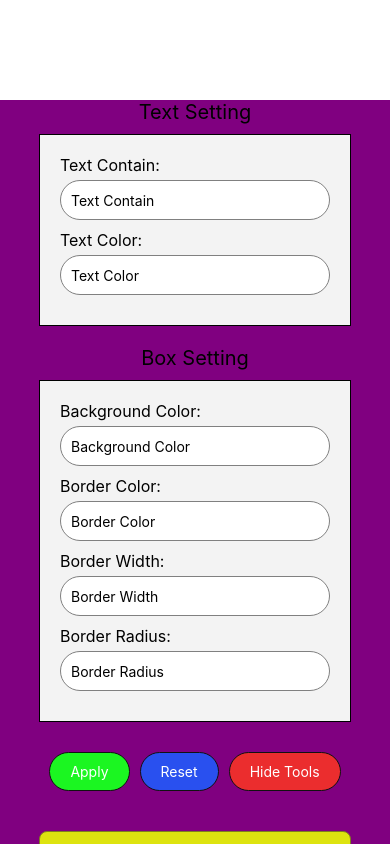
Repository: amirjavadikia/mobile-projectg
Screen: /
The author's editor kept a copy of each file at every save. The screen is drawn from the files as they stood at one save, then again after a run of saves.
An inner scrolling area shows only its first screen. The app was drawn by React Native's web renderer in a window 390 px wide. The project was rebuilt for these pictures with package versions that can differ from the ones it lists, and the page was loaded fresh each time.

Above is the screen before, as saved 2024-05-15 13:33:54.

After the next 4 saves:
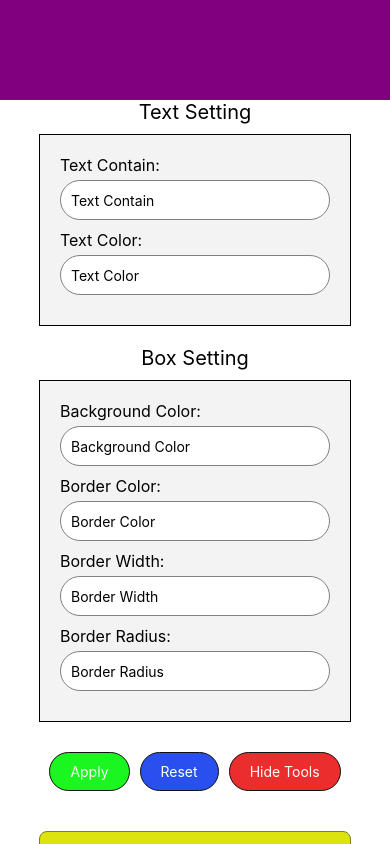
The 4 saves are shown as one change because they came seconds apart.
The last was saved 20 s later.
--- a/App.tsx
+++ b/App.tsx
@@ -249,13 +249,14 @@ const App = () => {
 const styles = StyleSheet.create({
   scrollViewContent: {
     flexGrow: 1,
+    backgroundColor: "purple"
   },
   container: {
     flex: 1,
     alignItems: 'center',
     justifyContent: 'center',
     marginTop: 100,
-    backgroundColor: 'purple',
+    backgroundColor: '#fff',
   },
   section: {
     width: '80%',
